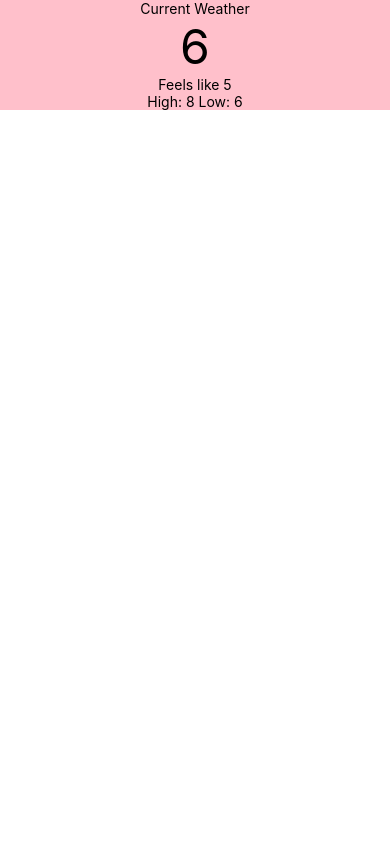
Repository: akinmiday/fcc
Screen: / (app in WeatherApp/)
An editor plug-in stored every save of this project. The screen is shown before and after the next save, followed by the edit.
The app was drawn by React Native's web renderer in a window 390 px wide. The project was rebuilt for these pictures with package versions that can differ from the ones it lists, and the page was loaded fresh each time.

Above is the screen before, as saved 2023-07-18 07:06:58.

After the next save:
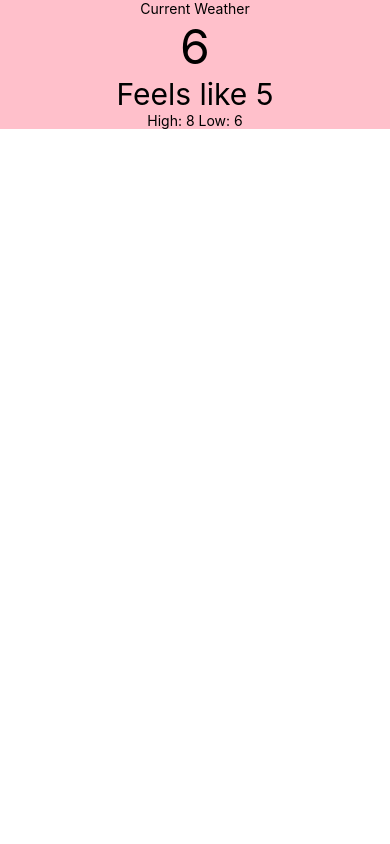
Saved 24 s later.
--- a/WeatherApp/App.js
+++ b/WeatherApp/App.js
@@ -7,7 +7,7 @@ const App = () =>{
      <View style={styles.container} >
       <Text>Current Weather</Text>
       <Text style={styles.temp} >6</Text>
-      <Text>Feels like 5</Text>
+      <Text style={styles.feels} >Feels like 5</Text>
       <Text>High: 8 Low: 6</Text>
     </View>
    </SafeAreaView>
